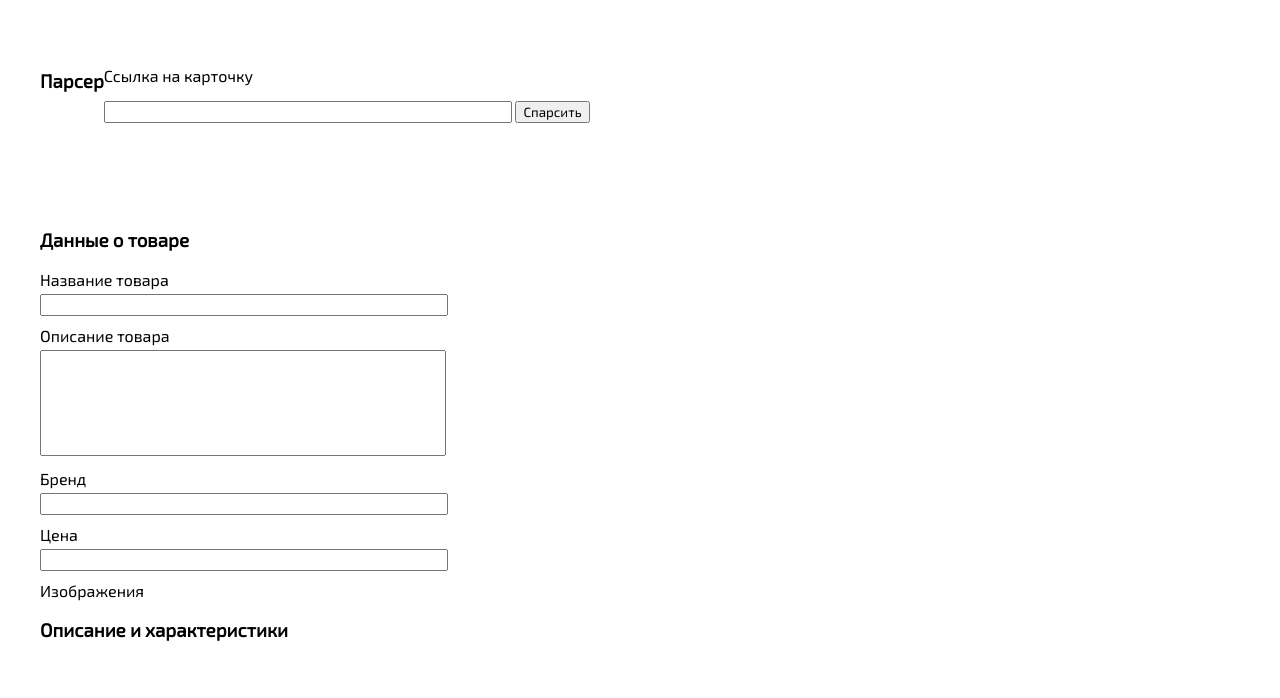
Repository: yozuul/wildberries-product-card-parser-api-exchange
Page: public/index.html
The author's editor kept a copy of each file at every save. The page is drawn from the files as they stood at one save, then again after the next save.
The browser window is 1280 px wide. The pictures show the whole page.

Above is the page before, as saved 2021-08-18 18:28:03.

After the next save:
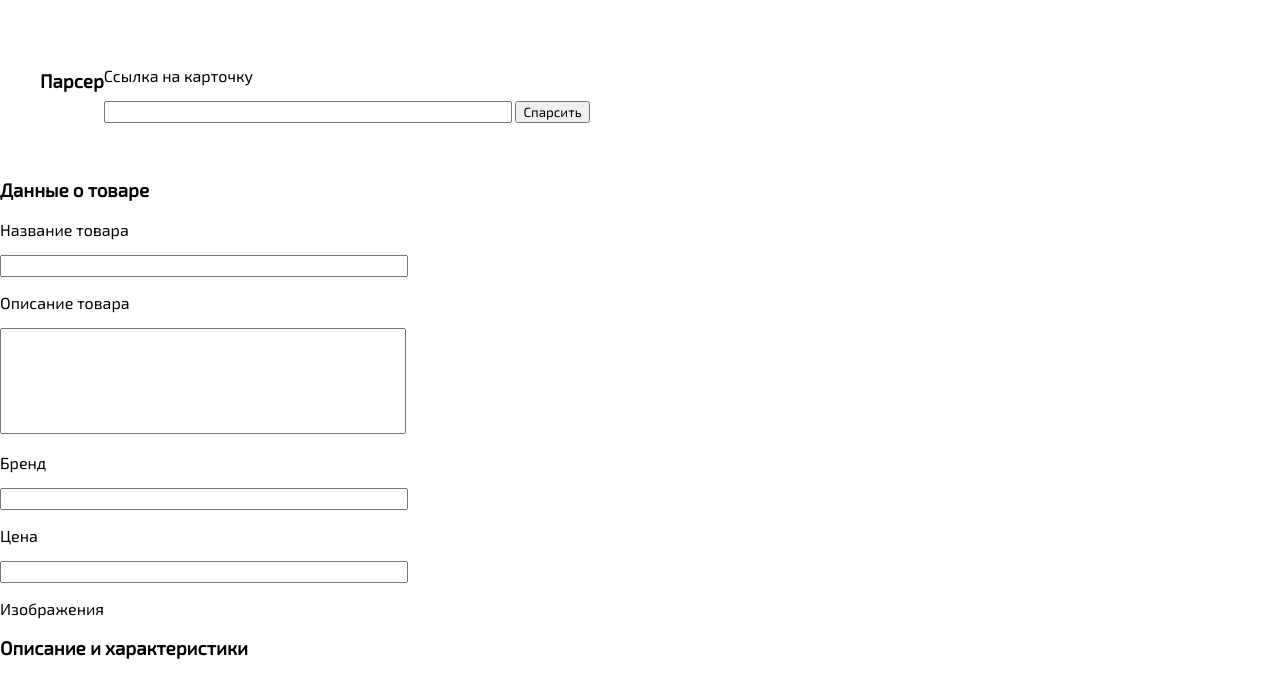
Saved 42 s later.
--- a/public/index.html
+++ b/public/index.html
@@ -10,15 +10,17 @@
 </head>
 
 <body>
-   <div class="parseForm">
-      <h3>Парсер</h3>
-      <form name="parseForm">
-         <p>Ссылка на карточку</p>
-         <input type="text" id="cardURL">
-         <button id="parseData">Спарсить</button>
-      </form>
+   <div class="parseFormWrapper">
+      <div class="parseForm">
+         <h3>Парсер</h3>
+         <form name="parseForm">
+            <p>Ссылка на карточку</p>
+            <input type="text" id="cardURL">
+            <button id="parseData">Спарсить</button>
+         </form>
+      </div>
    </div>
-   <div class="formWrapper">
+   <div class="productFormWrapper">
       <form name="productForm">
          <div class="formWrapper_left">
             <div class="productForm">
